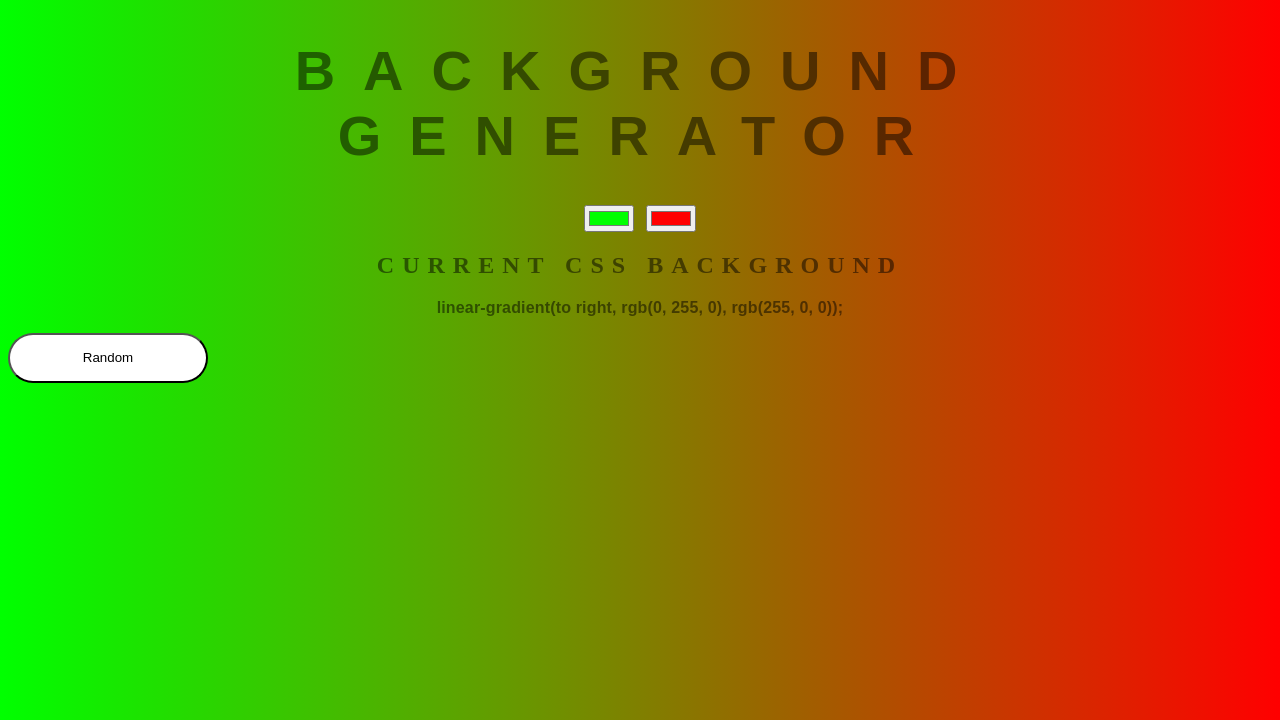
Repository: blgest/background-generator
Page: index.html
The author's editor kept a copy of each file at every save. The page is drawn from the files as they stood at one save, then again after the next save.
The browser window is 1280 px wide. The pictures show the whole page.

Above is the page before, as saved 2020-02-09 10:23:27.

After the next save:
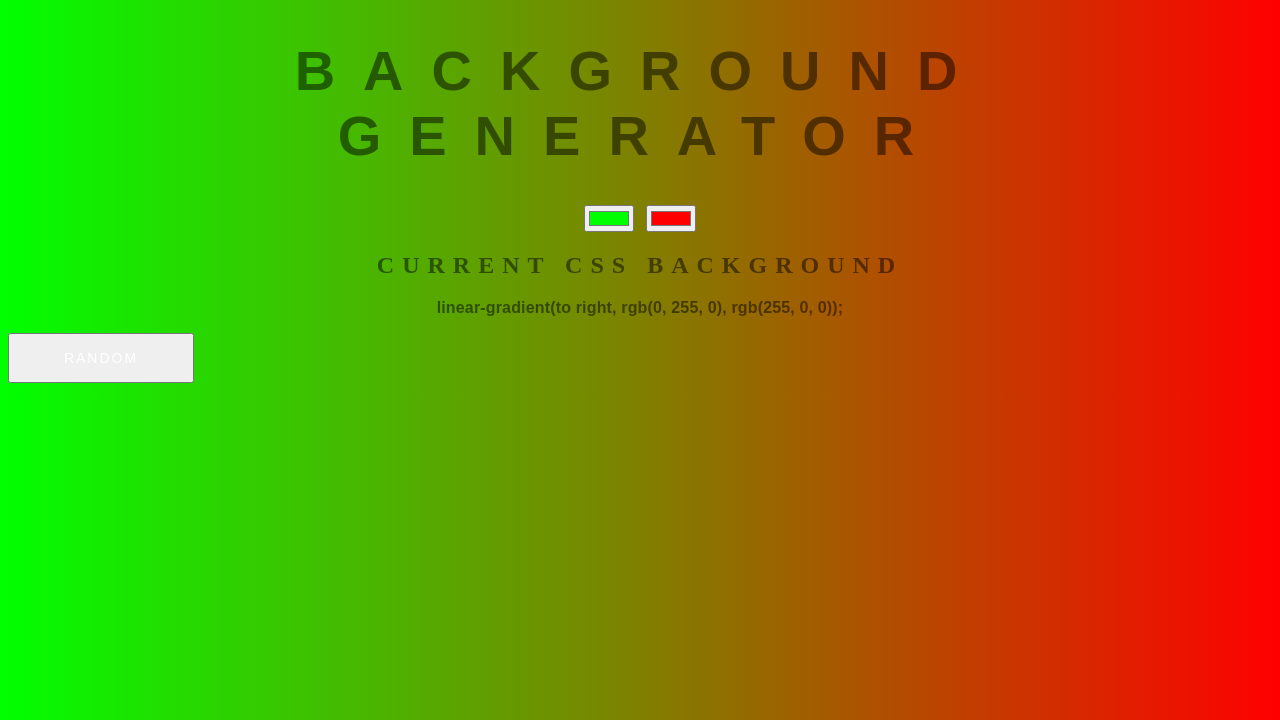
Saved 5 min 22 s later.
--- a/style.css
+++ b/style.css
@@ -25,65 +25,54 @@ h3 {
   letter-spacing: 0.01em;
 }
 
+@import "bourbon";
+.button-container {
+  position: absolute;
+  top: 50%;
+  left: 50%;
+  transform: translate(-50%, -50%);
+}
+
 #random {
+  display: block;
+  height: 50px;
+  width: 186px;
   position: relative;
-  display: flex;
-  justify-content: center;
-  align-items: center;
-  width: 200px;
+  overflow: hidden;
+  text-decoration: none;
+  text-transform: uppercase;
+  letter-spacing: 2px;
+  color: white;
+  font-size: 14px;
+  text-align: center;
+}
+
+#random:after {
+  position: absolute;
+  content: "";
+  display: inline-block;
+  background: rgba(59, 173, 227, 1);
+  background: linear-gradient(
+    45deg,
+    rgba(59, 173, 227, 1) 0%,
+    rgba(87, 111, 230, 1) 25%,
+    rgba(152, 68, 183, 1) 51%,
+    rgba(255, 53, 127, 1) 100%
+  );
   height: 50px;
-  background: #fff;
-  border-radius: 999px;
+  width: 372px;
+  z-index: -1;
+  transform: translateX(-280px);
+  transition: transform 400ms ease-in;
 }
 
 #random:hover {
-  /* box-shadow: 0 0 20px 10px rgba(230, 30, 10, 0.6); */
-  animation: burn 1000ms ease-out forwards;
+  transform: translateX(-200px);
 }
-
-#random::before {
-  content: "";
-  position: absolute;
-  left: 40px;
-  width: 100px;
-  height: 40px;
-  background: rgba(255, 230, 110, 1);
-  border-radius: 100%;
-  animation: flare 1000ms ease-out forwards;
+#random:after {
+  transform: translateX(-200px);
 }
-
-#random::after {
-  content: "";
-  position: absolute;
-  right: 40px;
-  width: 100px;
-  height: 40px;
-  background: rgba(255, 230, 110, 1);
-  border-radius: 100%;
-  animation: flare 1000ms ease-out forwards;
+span {
+  position: relative;
+  top: 16px;
 }
-
-@keyframes flare {
-  100% {
-    transform: translateY(-20px) scale(1.5);
-    filter: blur(10px);
-    opacity: 0;
-  }
-}
-
-@keyframes burn {
-  0% {
-    color: rgba(255, 130, 110, 1);
-    background: rgba(255, 230, 110, 1);
-    box-shadow: 0 0 5px 0 rgba(200, 0, 10, 1), 0 0 5px 0 rgba(230, 30, 10, 0.8),
-      0 0 5px 0 rgba(230, 230, 10, 0.6);
-  }
-
-  100% {
-    color: rgba(0, 0, 0, 1);
-    background: rgba(255, 255, 255, 1);
-    box-shadow: 0 -35px 40px 30px rgba(255, 130, 10, 0),
-      0 -30px 30px 10px rgba(230, 30, 10, 0),
-      0 -20px 10px 0 rgba(255, 255, 10, 0);
-  }
-}
